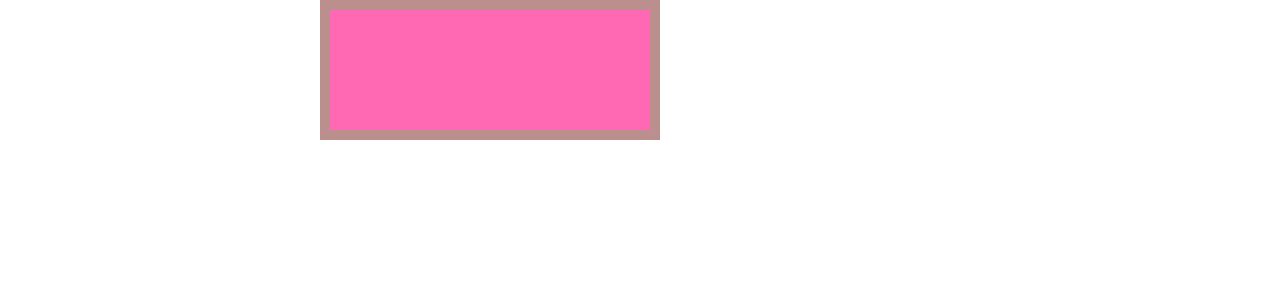
Repository: clairedupuich/kong_jian
Page: sllider_simple/index.html
The author's editor kept a copy of each file at every save. The page is drawn from the files as they stood at one save, then again after the next save.
The browser window is 1280 px wide. The pictures show the whole page.

Above is the page before, as saved 2020-11-21 22:35:53.

After the next save:
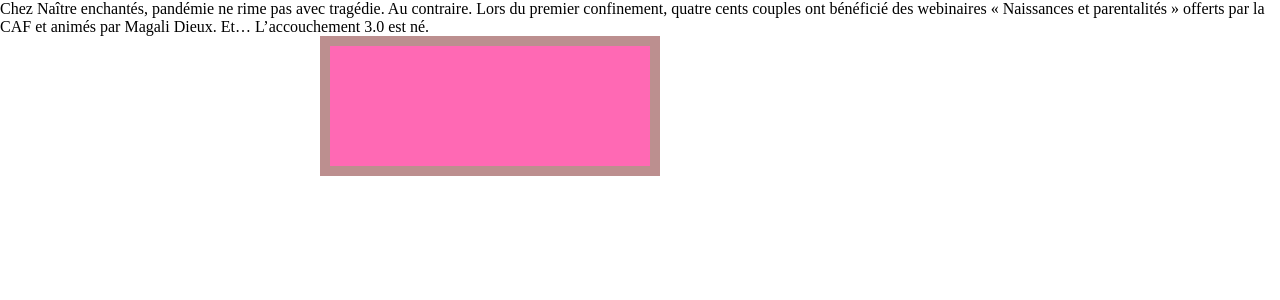
Saved 33 s later.
--- a/sllider_simple/index.html
+++ b/sllider_simple/index.html
@@ -10,6 +10,8 @@
 <body>
     <div class="">
         <p class="pp">
+            Chez Naître enchantés, pandémie ne rime pas avec tragédie. Au contraire. Lors du premier confinement, quatre cents couples ont bénéficié des webinaires « Naissances et parentalités » offerts par la CAF et animés par Magali Dieux. Et… L’accouchement 3.0 est né.
+
 
         </p>
     </div>
